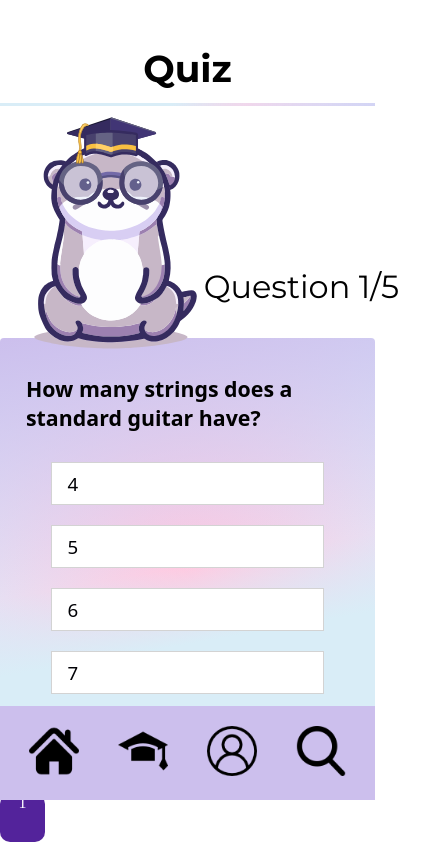
Repository: 1medi/pocketprof
Page: /quiz/page
An editor plug-in stored every save of this project. The page is shown before and after the next save, followed by the edit.
The browser window is 375 px wide. The page is 411 px wide, then 421 px, then 411 px, so the pictures cover 421 px, including what lies to the right of the window. The pictures show the whole page.
The project was rebuilt for these pictures with package versions that can differ from the ones it lists, and the page was loaded fresh each time. The framework's server and built-in components were replaced by stand-ins that run in the browser. Also part of the build but not shown: next.config.mjs, Components/Buttons/Oscar/Oscar.module.css, Components/Buttons/Oscar/index.js.

Above is the page before, as saved 2024-04-14 06:31:08.

### pages/quiz/page.jsx
'use client';
import React, { useState, useRef, useEffect } from 'react';
import { quiz } from "../data"
import styles from "./page.module.css"
import { Montserrat } from "next/font/google"
import Header from '@/Components/Header';
import NavBar from "@/Components/Navbar"
import Image from 'next/image';


const notoSans = Montserrat({
  subsets: ['latin'],
});

export default function Page() {
  const [activeQuestion, setActiveQuestion] = useState(0);
  const [selectedAnswer, setSelectedAnswer] = useState('');
  const [checked, setChecked] = useState(false);
  const [selectedAnswerIndex, setSelectedAnswerIndex] = useState(null);
  const [showResult, setShowResult] = useState(false);
  const [result, setResult] = useState({
    score: 0,
    correctAnswers: 0,
    wrongAnswers: 0,
  });
  const [progress, setProgress] = useState(0);

  const nextButtonRef = useRef(null);

  const { questions } = quiz;
  const { answers, correctAnswer } = questions[activeQuestion];

  const onAnswerSelected = (answer, idx, event = null) => {
    if (event && event.type === 'keydown' && (event.key !== 'Enter' && event.key !== ' ')) {
      return;
    }
    setChecked(true);
    setSelectedAnswerIndex(idx);
    if (answer === correctAnswer) {
      setSelectedAnswer(true);
      console.log('true');
    } else {
      setSelectedAnswer(false);
      console.log('false');
    }
  };


  useEffect(() => {
    if (checked && nextButtonRef.current) {
      nextButtonRef.current.focus();
    }
  }, [checked]);

  const nextQuestion = () => {
    setProgress((prevProgress) => (prevProgress + 1) % 5); // Change 5 to the total number of nested divs
    setSelectedAnswerIndex(null);
    setResult((prev) =>
      selectedAnswer
        ? {
            ...prev,
            score: prev.score + 5,
            correctAnswers: prev.correctAnswers + 1,
          }
        : {...prev,
            wrongAnswers: prev.wrongAnswers + 1,
          }
    );
    if (activeQuestion !== questions.length - 1) {
      setActiveQuestion((prev) => prev + 1);
    } else {
      setActiveQuestion(0);
      setShowResult(true);
    }
    setChecked(false);
  };

  return (
    <>
    <Header name="Quiz"/>
      <div className={`${styles.container}`}>
      <div className={styles.oscarBox}>
    <Image
      priority
      src="/img/oscar/oscar-main.svg"
      width="100"
      height="100"
      alt="oscar"
      className={styles.oscar}
    />
    {!showResult && (
      <div className={styles.activeQ}>
        Question {activeQuestion + 1}
        <span>/{questions.length}</span>
      </div>
    )}
  </div>
    </div>
      <div>
        {!showResult ? (
          <div className={styles.quizContainer}>
            <h3 className={styles.question}>{questions[activeQuestion].question}</h3>
            {answers.map((answer, idx) => (
              <li
                key={idx}
                onClick={() => onAnswerSelected(answer, idx)}
                onKeyDown={(event) => onAnswerSelected(answer, idx, event)}
                className={`${styles.answerList} ${selectedAnswerIndex === idx ? styles.itemSelected : styles.itemHover}`}
                tabIndex={0}>
                <span>{answer}</span>
              </li>
            ))}

            <button
              ref={nextButtonRef}
              onClick={nextQuestion}
              className={checked ? styles.btn : styles.btnDisabled}
              tabIndex={2}
              disabled={!checked}>
              {activeQuestion === questions.length - 1 ? 'Finish' : 'Next'}
            </button>
          </div>
        ) : (
          <div className={styles.quizContainer}>
            <div className={styles.result}><h3 className={styles.hthree}>Results</h3></div>
            <div><h2 className={styles.htwo}>Overall {(result.score / (questions.length * 5)) * 100}%</h2></div>
            <div className={styles.resultBox}>
              <p className={styles.paragraph}>
              Total Questions: <span>{questions.length}</span>
            </p>
            <p className={styles.paragraph}>
              Total Score: <span>{result.score}</span>
            </p>
            <p className={styles.paragraph}>
              Correct Answers: <span>{result.correctAnswers}</span>
            </p>
            <p className={styles.paragraph}>
              Wrong Answers: <span>{result.wrongAnswers}</span>
            </p>
            </div>
            <button className={styles.btn} onClick={() => window.location.reload()}>Restart</button>
          </div>
        )}
      </div>
      <div className={styles.progressBar}>
          <div className={styles.step} style={{ opacity: progress >= 0 ? 1 : 0 }}><p className={styles.barText}>1</p></div>
          <div className={styles.step} style={{ opacity: progress >= 1 ? 1 : 0 }}><p className={styles.barText}>2</p></div>
          <div className={styles.step} style={{ opacity: progress >= 2 ? 1 : 0 }}><p className={styles.barText}>3</p></div>
          <div className={styles.step} style={{ opacity: progress >= 3 ? 1 : 0 }}><p className={styles.barText}>4</p></div>
          <div className={styles.step} style={{ opacity: progress >= 4 ? 1 : 0 }}><p className={styles.barText}>5</p></div>
      </div>
    <NavBar/>
    </>

  );
};

### pages/api/chat-gpt/route.js
import { NextResponse } from "next/server";

export async function POST(request) {
  return NextResponse.json({
    name: "IT WORKS!!!",
  });
}

### styles/globals.css
:root {
background-color: white;
align-content: center;
--main-color-purple: #53239B;
--main-color-lightpurple: #CCBFED;
--secondary-color-blue: #9AB7F9;
--secondary-color-lightblue: #CCE3FB;

--font-header: 34pt ;
--font-section-header: 28pt;
--font-sub-header: 24pt;
--font-button: 16pt;
--font-body: 16pt;
--font-secondary: 14pt;
--font-tertiary:12pt;

--headings: "Montserrat", "sans-serif";;
--body-text: "Noto Sans", sans-serif;

}


* {
    padding: 0;
    margin: 0;
  }

  ol,
  ul {
    list-style: none;
  }

### pages/data.js
export const quiz = {
    totalQuestions: 5,
    questions: [
      {
        id: 1,
        question: 'How many strings does a standard guitar have?',
        answers: ['4', '5', '6', '7'],
        correctAnswer: '6',
      },
      {
        id: 2,
        question: 'Which part of the guitar do you strum or pluck the strings with?',
        answers: ['Headstock', 'Fretboard', 'Body', 'Bridge'],
        correctAnswer: 'Body',
      },
      {
        id: 3,
        question: 'What is a pick used for in playing the guitar?',
        answers: ['Holding the strings down', 'Strumming or plucking the strings', 'Keeping the guitar in tune', 'San Marino'],
        correctAnswer: 'Strumming or plucking the strings',
      },
      {
        id: 4,
        question: 'What is the name of the thickest string on the guitar?',
        answers: ['A string', 'E string', 'D string', 'G string'],
        correctAnswer: 'E string',
      },
      {
        id: 5,
        question: 'Where do you place your fingers to play different notes on the guitar?',
        answers: ['On the body', 'On the headstock', 'On the strings over the fretboard', 'On the tuning pegs'],
        correctAnswer: 'On the strings over the fretboard',
      },
    ],
  };

### pages/quiz/page.module.css

@media only screen and (max-width:431px) {
  .container{
  padding: 0;
  background-color: white;
  width: 95%;
  margin: auto;
  border-radius: 10px;
  font-size: var(--font-body);
  padding: 0;

}

.question{
  font-family: var(--body-text);
  font-size: var(--font-body);
  margin: 20px 10px;

}

.htwo {
  padding-bottom: 2rem;
  color: #000105;
  font-family: var(--headings);
  font-size: var(--font-sub-header);
}

.hthree {
  padding-bottom: 2rem;
  color: #000105;
  font-family: var(--headings);
  font-size: var(--font-sub-header);
  text-align: left;
}

.result{
  left:0;
  width:100%;
  border-bottom: 0.5px solid black;
  height: 40px;
  margin-bottom: 3rem;
}

.btn {
  padding: 16px 8px;
  width: 100%;
  margin-top: 12px;
  font-size: var(--font-button);
  border-radius: 5px;
  cursor: pointer;
  background-color: var(--main-color-purple);
  color: white;
  font-family: var(--headings);
  align-self: center;
}

.btnDisabled {
  background-color: lightgray;
  padding: 16px 8px;
  width: 100%;
  margin-top: 12px;
  font-size: var(--font-button);
  border-radius: 4px;
  color: darkgray;
  font-family: var(--headings);
}

.answerList {
  list-style-type: none;
  cursor: pointer;
  margin: 10px 50px;
  padding: 8px 15px;
  color: #000105;
  border: 1.5px solid lightgray;
  background-color: white;
  font-family: var(--body-text);
  font-size: var(--font-secondary);
  width: 70%;
}

.activeQ{
  margin: 5rem 12rem;
  position: absolute;
  top: 50%; /* center vertically */
  left: 50%; /* center horizontally */
  transform: translate(-50%, -50%); /* adjust precise centering */
  width: 100%;
  color: black;
  text-align: center;
  padding:10px;
  font-family: var(--headings);
  font-size: var(--font-sub-header)
}

.itemHover:hover {
  background-color: #CCBFED;
  columns: #fff;
}

.itemSelected {
  color: #474747;
  background-color:#8E71D5;
}

.quizContainer {
  background: linear-gradient(-10deg, #d9edf7 35%, rgba(237, 202, 216, 0) 50%, var(--main-color-lightpurple)), radial-gradient(circle, #ffcae1 0, #daeafc 100%);
  padding: 1rem;
  margin-top: 2rem;
  border-radius: 4px;
  display: flex;
  flex-direction: column;
  justify-content: center;
  align-items: center;

}

.paragraph {
  padding: 8px 0;
  font-size: var(--font-body);
  font-family: var(--body-text);
  margin: 10px;
  padding: 8px 50px 8px 10px;
  color: #000105;
  border-bottom: 1.5px solid lightgray;
  background-color: white;
  text-align: left;
}

.resultBox{
  background-color: white;
  padding: 2rem;
  width: fit-content;
  display: flex;
  flex-direction: column;
  align-self: center;
  border-radius: 10px;
  margin-bottom: 2rem;
}

.oscarBox {
  position: relative;
  width: 200px;
  height: 200px;
}

.oscar {
  display: block;
  width: 100%;
  height: auto;
}

.progressBar{
  display: flex;
  flex: row;
  border-radius: 5px;
}

.step{
  background-color: var(--main-color-purple);
  transition: background-color 0.5s ease;
  height:3em;
  width: 10em;
  margin-right:30px;
  border-radius: 10px;
  text-align: center;
}

.barText{
  color:white;
}


}

### Components/Header/index.js
import styles from "@/Components/Header/Header.module.css"
import Link from "next/link"

export default function Header({name}){
  return (
    <>
    <header className={styles.header}>

      <h1 className={styles.headerTitle}>{name}</h1>
    </header>
    </>
  )
}

### Components/Navbar/index.js
import styles from "./Navbar.module.css"
import Oscar from "@/Components/Buttons/Oscar"
import Link from "next/link"
import Home from "@/public/img/home-icon-silhouette.png"
import Image from "next/image"
import Learn from "@/public/img/learn.png"
import Profile from "@/public/img/navuser.png"
import Search from "@/public/img/search.png"

export default function NavBar() {
  return (
    <nav className={styles.nav}>
      <div className={styles.navContainer}>
        <ul className={styles.navOptions}>
          <li className={styles.navLink}>
            <Link href={'/'} className={styles.navText}>
              <Image
              className={styles.image}
              src={Home}
              width={50}
              height={50}
              />
            </Link>
          </li>
          <li className={styles.navLink}>
            <Link href={'/Courses'} className={styles.navText}>
              <Image
              className={styles.image}
              src={Learn}
              width={50}
              height={50}
              />
            </Link>
          </li>
          <li className={styles.navLink}>
            <Link href={'/Profile'} className={styles.navText}>
              <Image
              className={styles.image}
              src={Profile}
              width={50}
              height={50}
              />
            </Link>
          </li>
          <li className={styles.navLink}>
            <Link href={'/QuizPage'} className={styles.navText}>
              <Image
              className={styles.image}
              src={Search}
              width={50}
              height={50}
              />

            </Link>
          </li>
        </ul>
      </div>
    </nav>
  )
}

### Components/Header/Header.module.css
.header{
  max-height: 400;
  height: 4rem;
  position: relative;
  padding: 1.3rem;
  backdrop-filter: blur(10px);
  justify-content: center;
  align-items: center;
  }

  .header::before {
    content: "";
    position: absolute;
    inset: 0;
    border-bottom: 3px solid transparent;
    background: linear-gradient(140deg,  #d9edf7 35%, rgba(237, 202, 216, 0) 50%, var(--main-color-lightpurple)), radial-gradient(circle, #ffcae1 0, #daeafc 100%) border-box;
    mask: linear-gradient(#fff 0 0) padding-box, linear-gradient(#fff 0 0);
    mask-composite: exclude;
  }


.headerTitle{
  text-align: center;
  margin:auto;
  display: flex;
  justify-content: center;
  color: black;
  padding-top: 25px;
  font-family: var(--headings);
  font-size: var(--font-section-header);
}

### Components/Navbar/Navbar.module.css
@media only screen and (max-width:430px) {
  .nav {
  position: fixed;
  bottom: 0;
  left: 0;
  width: 100%;
  display: flex;
  flex-direction: row;
  background-color:var(--main-color-lightpurple);
  justify-content: space-around;
}

.navContainer{
  position: relative;
  justify-content: space-around;
  width: 100%;
}
.buttonContainer{
  padding:10px;

}

.navOptions{
  display: flex;
  flex-direction: row;
  text-align: center;
  justify-content: space-around;
  padding: 10px;
  text-decoration: none;
}

.navLink{
  padding: 10px;
  border-radius: 10px;
  text-decoration: none;
  list-style: none;
  position: relative;
  justify-content: center;
}

.image:hover{
  background-color: #8b82a4;
}

.navText{
  text-decoration: none;
  list-style: none;
  color:black;
}

.navText:visited{
  text-decoration: none;
  list-style: none;
  color: black;
}

.oscar{
  position:relative
}
}

Loaded but not shown: pages/_app.js (common file); pages/_document.js (common file); pages/api/hello.js (common file); pages/api/askOscar.js (no copy from this time; the picture is the same without it); pages/api/chat.js (no copy from this time; the picture is the same without it); pages/api/image.js (no copy from this time; the picture is the same without it)

After the next save:
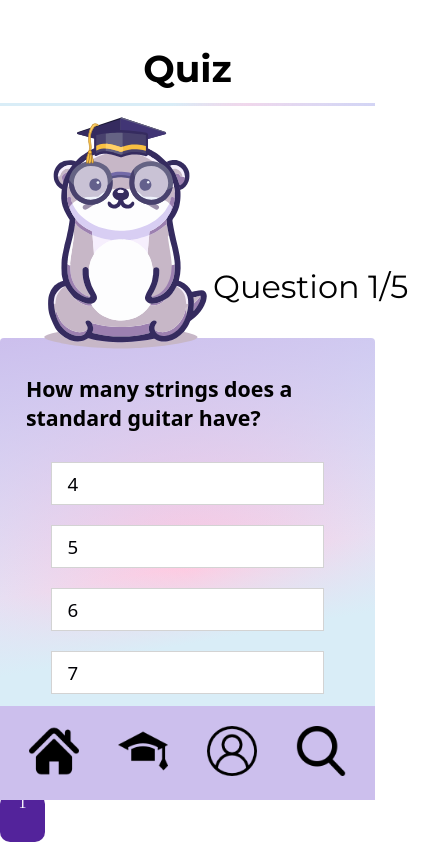
Saved 9 s later.
--- a/pages/quiz/page.module.css
+++ b/pages/quiz/page.module.css
@@ -3,7 +3,7 @@
   .container{
   padding: 0;
   background-color: white;
-  width: 95%;
+  width: 90%;
   margin: auto;
   border-radius: 10px;
   font-size: var(--font-body);

After the save that followed:
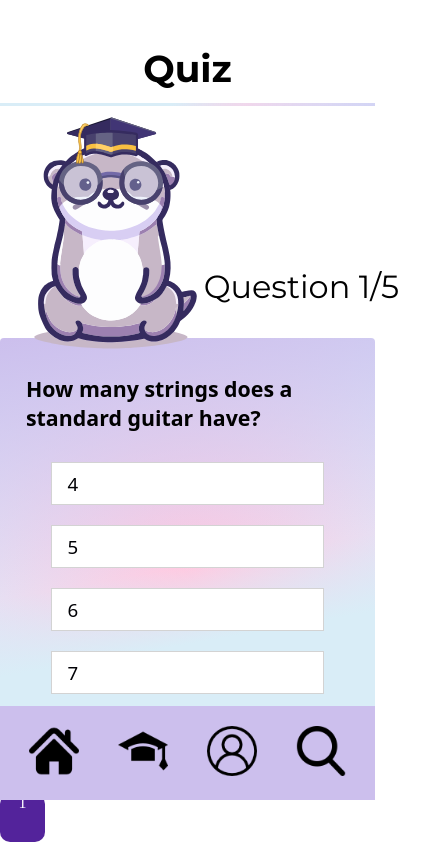
Saved 9 s later.
--- a/pages/quiz/page.module.css
+++ b/pages/quiz/page.module.css
@@ -3,7 +3,7 @@
   .container{
   padding: 0;
   background-color: white;
-  width: 90%;
+  width: 95%;
   margin: auto;
   border-radius: 10px;
   font-size: var(--font-body);
